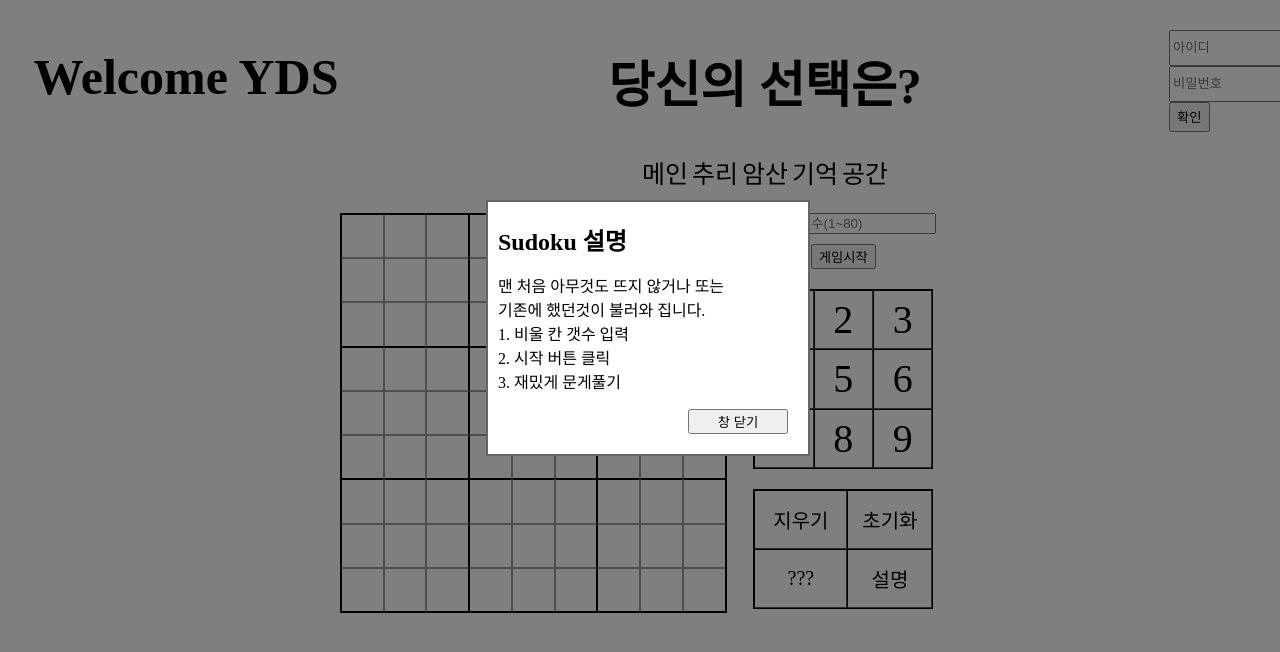
Repository: ejrtn/springbootMaven
Page: deoksu/src/main/resources/static/sudoku.html
These files come from the project's save history. The page is drawn as it stood at one moment and after the next save; the edit follows.
The browser window is 1280 px wide. The pictures show the window.
A layer covers the whole window, so only the first screen is drawn.

Above is the page before, as saved 2021-04-10 10:43:32.
Console error: TypeError: Cannot read properties of undefined (reading 'split')

After the next save:
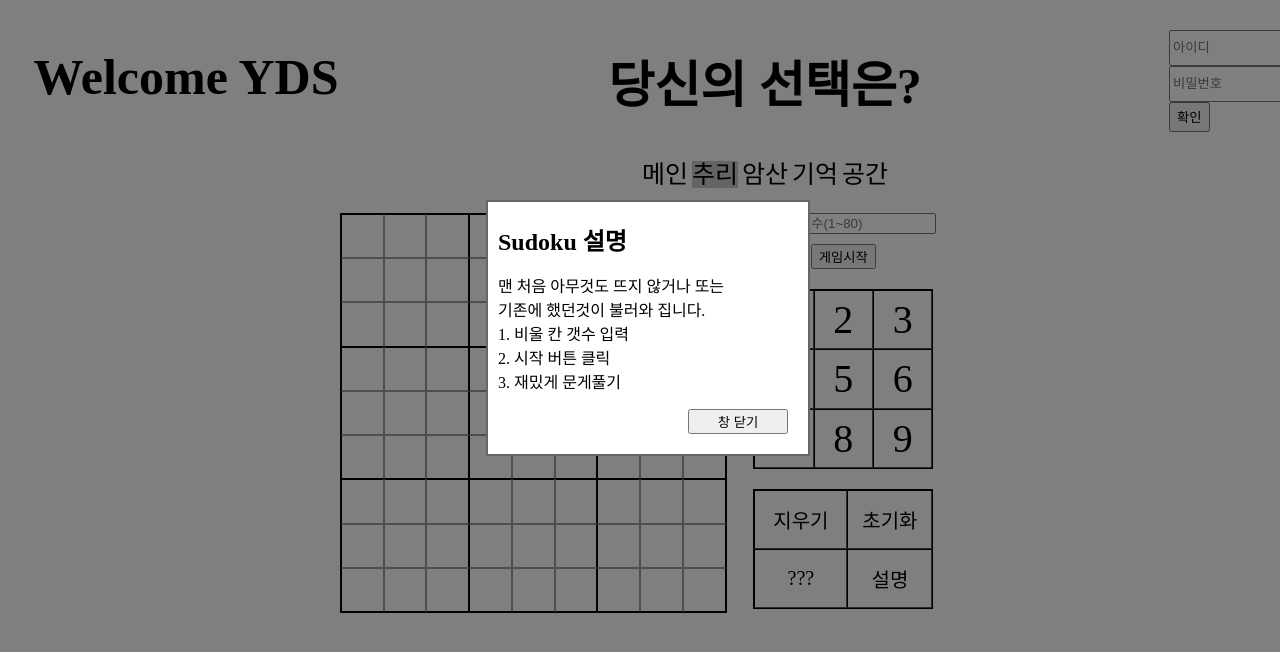
Saved 86 s later.
--- a/deoksu/src/main/resources/static/sudoku.html
+++ b/deoksu/src/main/resources/static/sudoku.html
@@ -454,7 +454,7 @@
 				<td></td>
 				<td>
 					<label style="font-size: 25px; cursor: pointer;" onclick="location.href='/'">메인</label>
-					<label style="font-size: 25px; cursor: pointer;" onclick="location.href='sudoku'">추리</label>
+					<label style="font-size: 25px; cursor: pointer; background-color: #9e9e9e8c;" onclick="location.href='sudoku'">추리</label>
 					<label style="font-size: 25px; cursor: pointer;" onclick="location.href='math'">암산</label>
 					<label style="font-size: 25px; cursor: pointer;" onclick="location.href='memorization'">기억</label>
 					<label style="font-size: 25px; cursor: pointer;" onclick="location.href='space'">공간</label>
